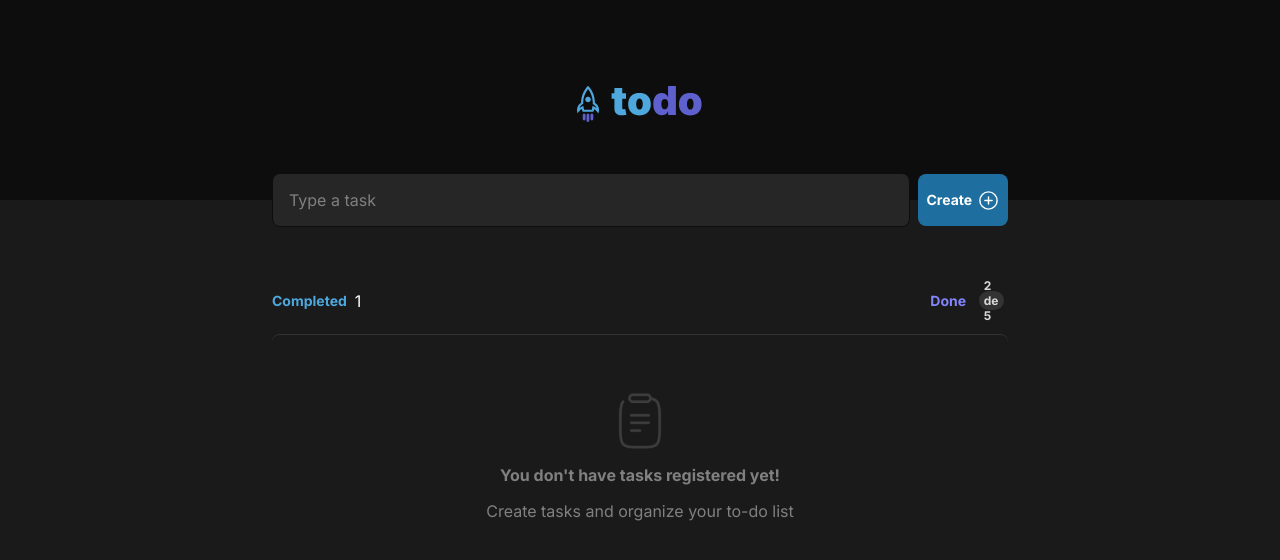
Repository: JoseGu1llardi/to-do-list-D01
Page: /
The author's editor kept a copy of each file at every save. The page is drawn from the files as they stood at one save, then again after the next save.
The browser window is 1280 px wide. The pictures show the whole page.
The project was rebuilt for these pictures with package versions that can differ from the ones it lists, and the page was loaded fresh each time. Also part of the build but not shown: vite.config.ts.

Above is the page before, as saved 2023-03-11 20:11:36.

After the next save:
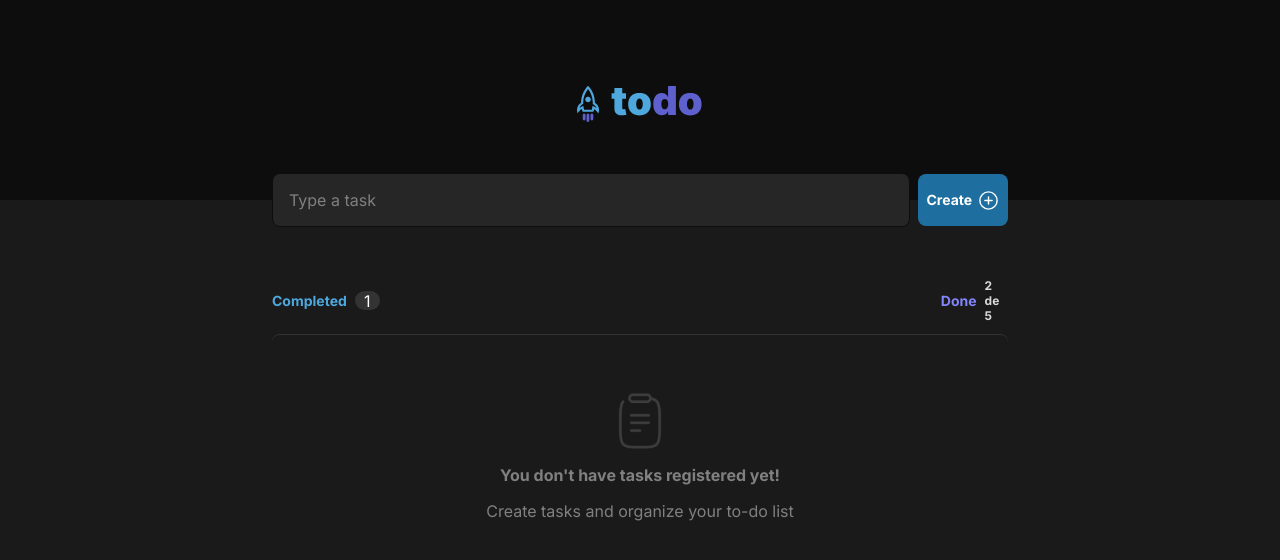
Saved 17 s later.
--- a/src/components/Tasks/styles.module.css
+++ b/src/components/Tasks/styles.module.css
@@ -43,7 +43,7 @@
   flex-grow: 0;
 }
 
-.counter {
+.counterCreated {
   display: flex;
   flex-direction: row;
   justify-content: center;
